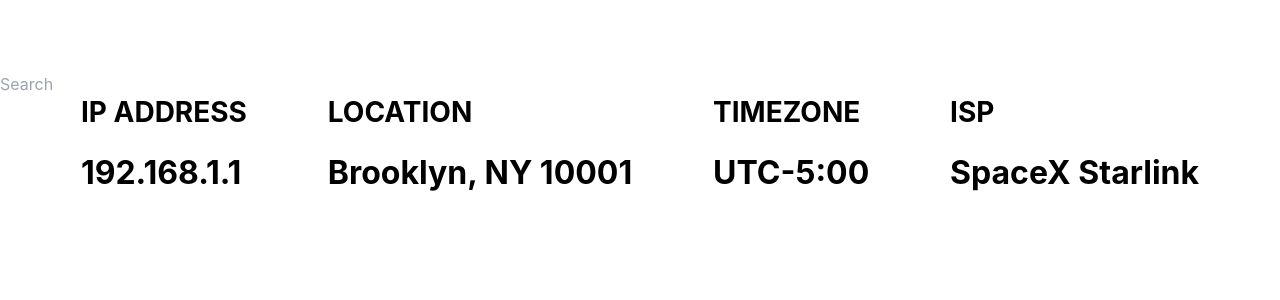
Repository: Dealsy/IP-Tracker
Page: /
An editor plug-in stored every save of this project. The page is shown before and after the next save, followed by the edit.
The browser window is 1280 px wide. The pictures show the whole page.
The project was rebuilt for these pictures with package versions that can differ from the ones it lists, and the page was loaded fresh each time. The framework's server and built-in components were replaced by stand-ins that run in the browser. Also part of the build but not shown: next.config.js, styles/Home.module.css.

Above is the page before, as saved 2022-04-21 21:24:09.

After the next save:
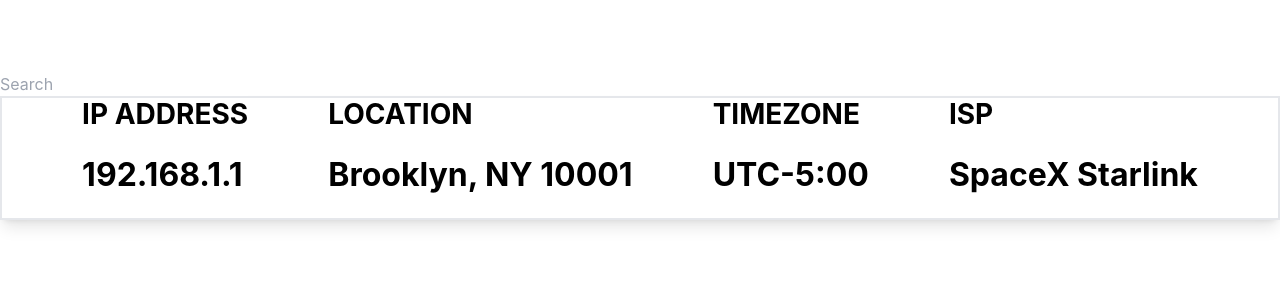
Saved 2 min 1 s later.
--- a/pages/index.js
+++ b/pages/index.js
@@ -14,7 +14,7 @@
       <main>
         <h1 className="text-white">IP Address Tracker</h1>
         <input type="search" placeholder="Search" />
-        <div className="flex flex-row justify-evenly">
+        <div className="flex flex-row justify-evenly border-2 shadow-lg">
           <div className="">
             <h3>IP ADDRESS</h3>
             <h2> 192.168.1.1 </h2>
